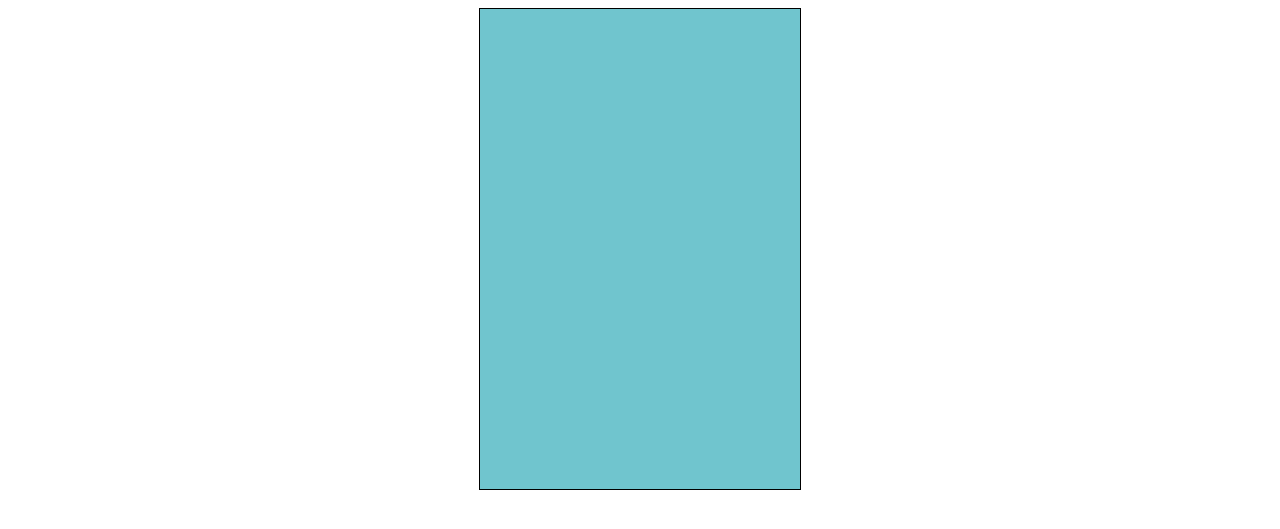
Repository: GoodHoneyCake/Flappy_Bird_Game
Page: index.html
The author's editor kept a copy of each file at every save. The page is drawn from the files as they stood at one save, then again after the next save.
The browser window is 1280 px wide. The pictures show the whole page.

Above is the page before, as saved 2021-02-01 13:58:54.

After the next save:
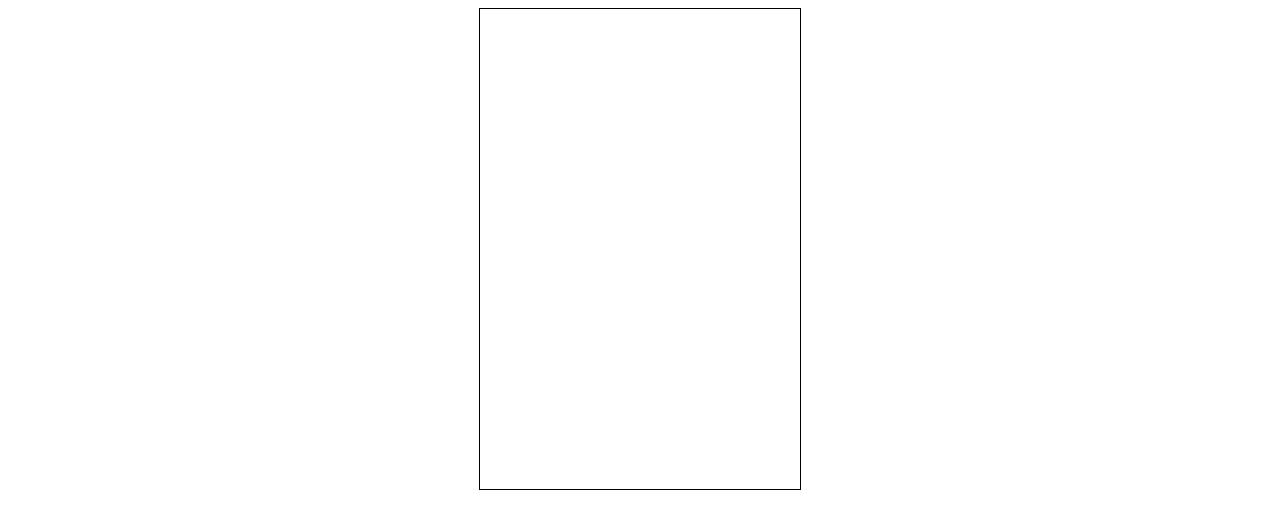
Console error: SyntaxError: Unexpected token ':'
Saved 49 s later.
--- a/game.js
+++ b/game.js
@@ -9,6 +9,16 @@
 // Load sprite image
 const sprite = new Image();
 sprite.src = "img/sprite.png";
+
+// Background
+const bg = {
+    sX:
+    sY:
+    w:
+    h:
+    x:
+    y:
+}
 
 // Draw
 function draw() {

After the save that followed:
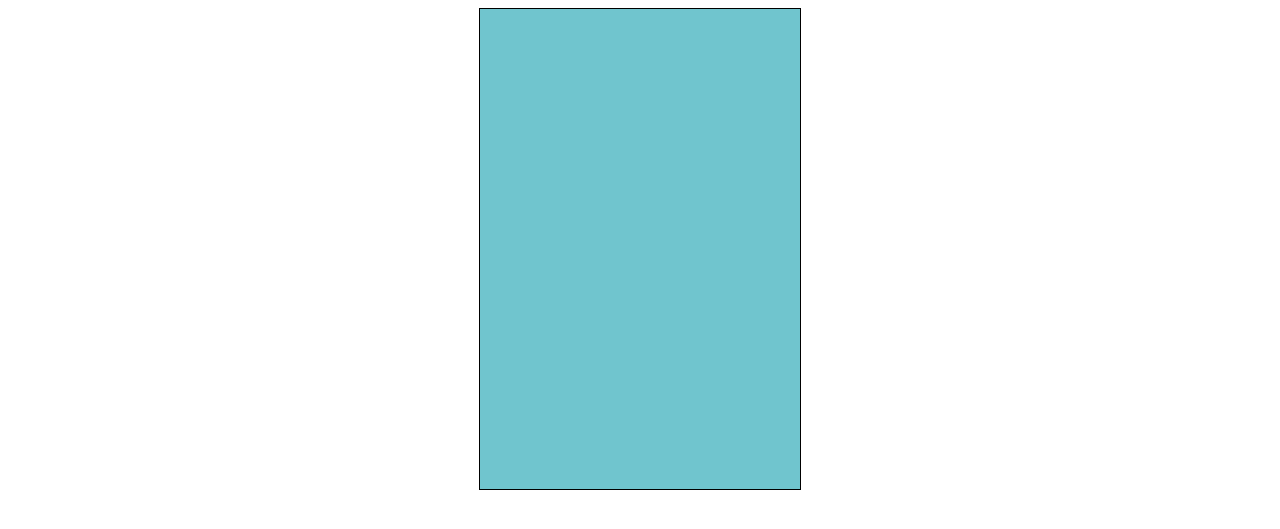
The error is gone.
Saved 36 s later.
--- a/game.js
+++ b/game.js
@@ -12,13 +12,16 @@
 
 // Background
 const bg = {
-    sX:
-    sY:
-    w:
-    h:
-    x:
-    y:
-}
+  sX: 0,
+  sY: 0,
+  w: 275,
+  h: 226,
+  x: 0,
+  y: cvs.height - 226,
+  draw: function () {
+    ctx.drawImage();
+  },
+};
 
 // Draw
 function draw() {
